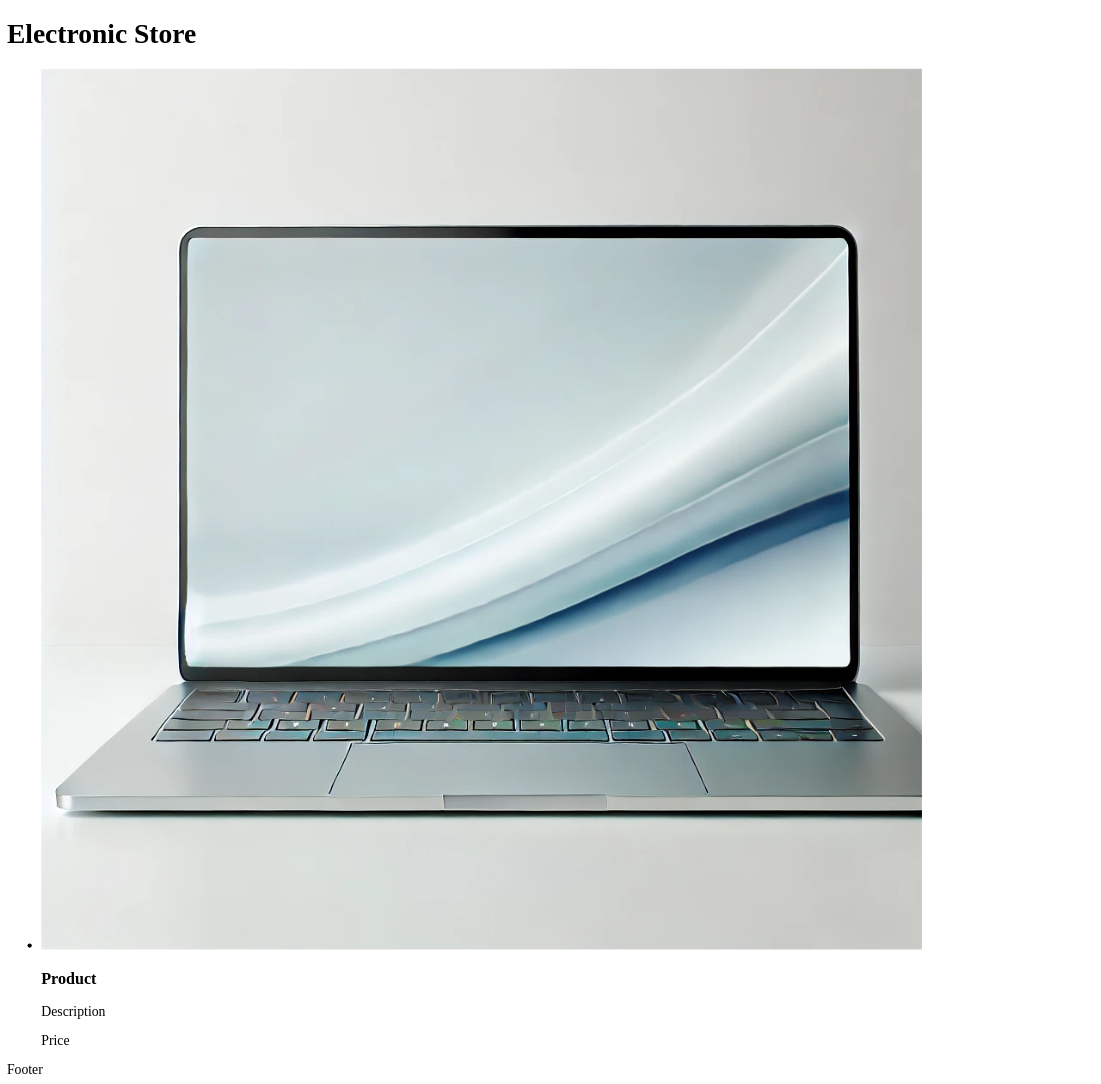
Repository: Lithium87/e-Strore
Page: /
An editor plug-in stored every save of this project. The page is shown before and after the next save, followed by the edit.
The browser window is 1280 px wide. The pictures show the whole page, at 86% of full size.
The project was rebuilt for these pictures with package versions that can differ from the ones it lists, and the page was loaded fresh each time. Also part of the build but not shown: vite.config.js.

Above is the page before, as saved 2025-07-05 15:04:44.

### src/main.jsx
import {StrictMode} from 'react';
import {createRoot} from 'react-dom/client';
import App from './App.jsx';

createRoot (document.getElementById ('root')).render (
  <StrictMode>
    <App />
  </StrictMode>
);

### src/App.jsx
import React from 'react';

const productData = [
  {
    name: 'Laptop Pro',
    description: 'High-performance laptop for professionals.',
    price: 1200,
    photoName: '/laptop.png',
    soldOut: false,
  },
  {
    name: 'Smartphone X',
    description: 'Latest model with stunning display.',
    price: 800,
    photoName: '/smartphone.png',
    soldOut: false,
  },
  {
    name: 'Wireless Headphones',
    description: 'Noise-cancelling headphones with great sound quality.',
    price: 200,
    photoName: '/headphones.png',
    soldOut: false,
  },
  {
    name: 'Smartwatch Z',
    description: 'Stylish smartwatch with fitness tracking features.',
    price: 150,
    photoName: '/smartwatch.png',
    soldOut: false,
  },
  {
    name: 'Gaming Console',
    description: 'Powerful gaming console for endless fun.',
    price: 400,
    photoName: '/console.png',
    soldOut: true,
  },
  {
    name: '4K TV',
    description: 'Ultra HD television with vibrant colors.',
    price: 1000,
    photoName: '/tv.png',
    soldOut: false,
  },
];

const App = () => {
  return (
    <div>
      <Header />
      <Catalog />
      <Footer />
    </div>
  );
};

const Header = () => {
  return (
    <header>
      <h1>Electronic Store</h1>
    </header>
  );
};

const Catalog = () => {
  return (
    <main>
      <ul>
        <Product />
      </ul>
    </main>
  );
};

const Product = () => {
  return (
    <li>
      <img src={productData[0].photoName} alt="" />
      <div>
        <h3>Product</h3>
        <p>Description</p>
        <span>Price</span>
      </div>
    </li>
  );
};

const Footer = () => {
  return <footer>Footer</footer>;
};

export default App;

Loaded but not shown: index.html (common file)

After the next save:
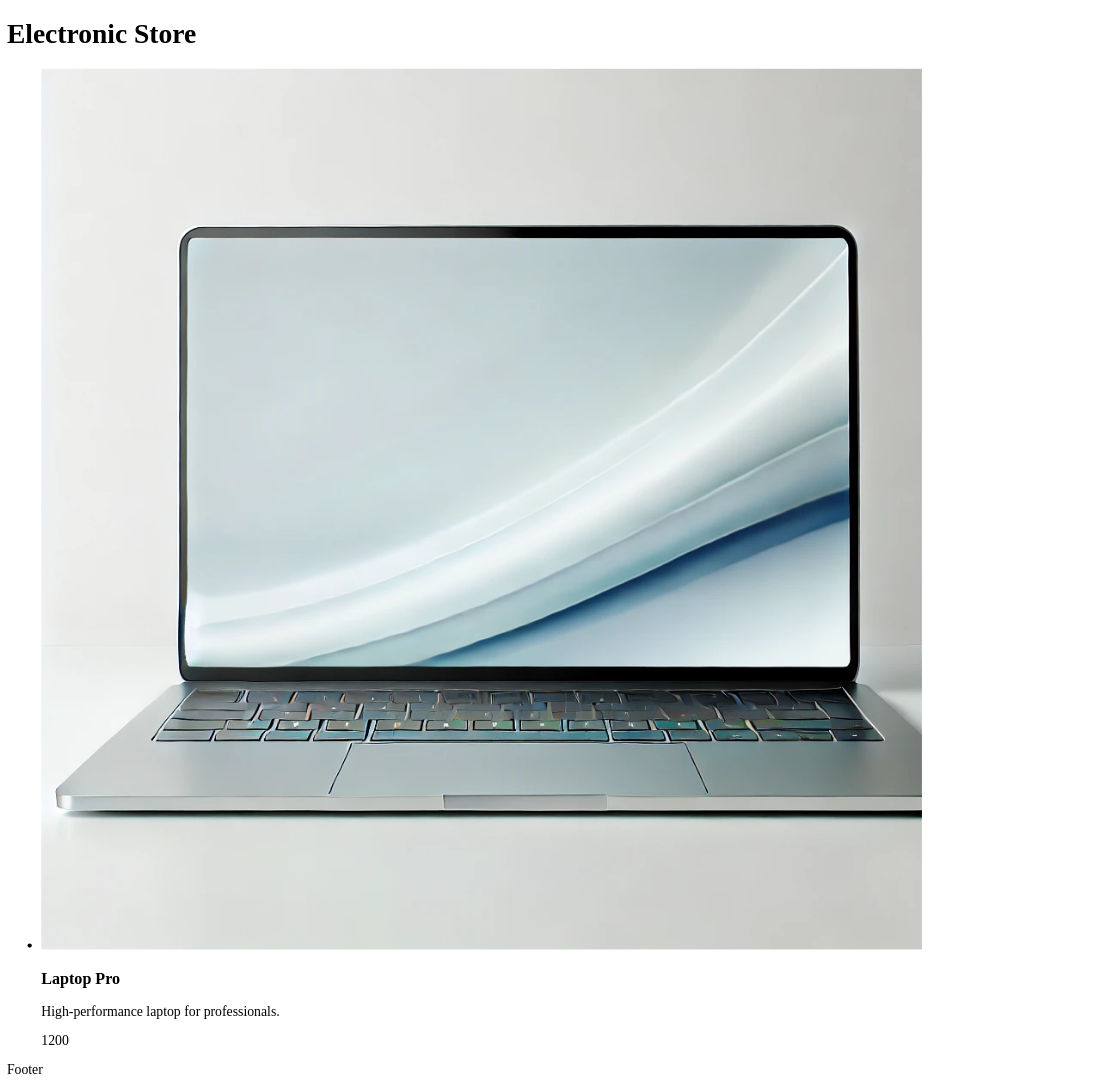
Saved 5 min 24 s later.
--- a/src/App.jsx
+++ b/src/App.jsx
@@ -76,11 +76,11 @@ const Catalog = () => {
 const Product = () => {
   return (
     <li>
-      <img src={productData[0].photoName} alt="" />
+      <img src={productData[0].photoName} alt={productData[0].name} />
       <div>
-        <h3>Product</h3>
-        <p>Description</p>
-        <span>Price</span>
+        <h3>{productData[0].name}</h3>
+        <p>{productData[0].description}</p>
+        <span>{productData[0].price}</span>
       </div>
     </li>
   );
